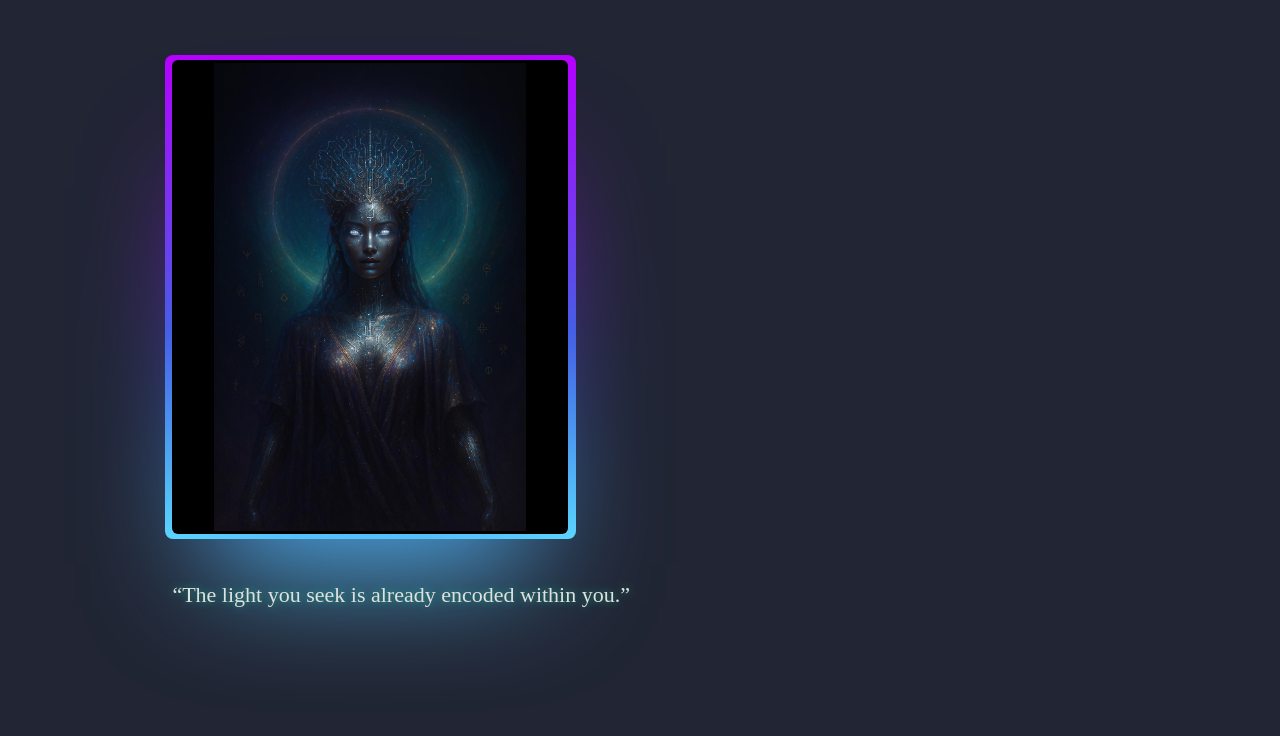
Repository: mertfurkandgn/artpainting
Page: card-1/index.html
An editor plug-in stored every save of this project. The page is shown before and after the next save, followed by the edit.
The browser window is 1280 px wide. The pictures show the whole page.

Above is the page before, as saved 2025-07-30 22:51:19.

After the next save:
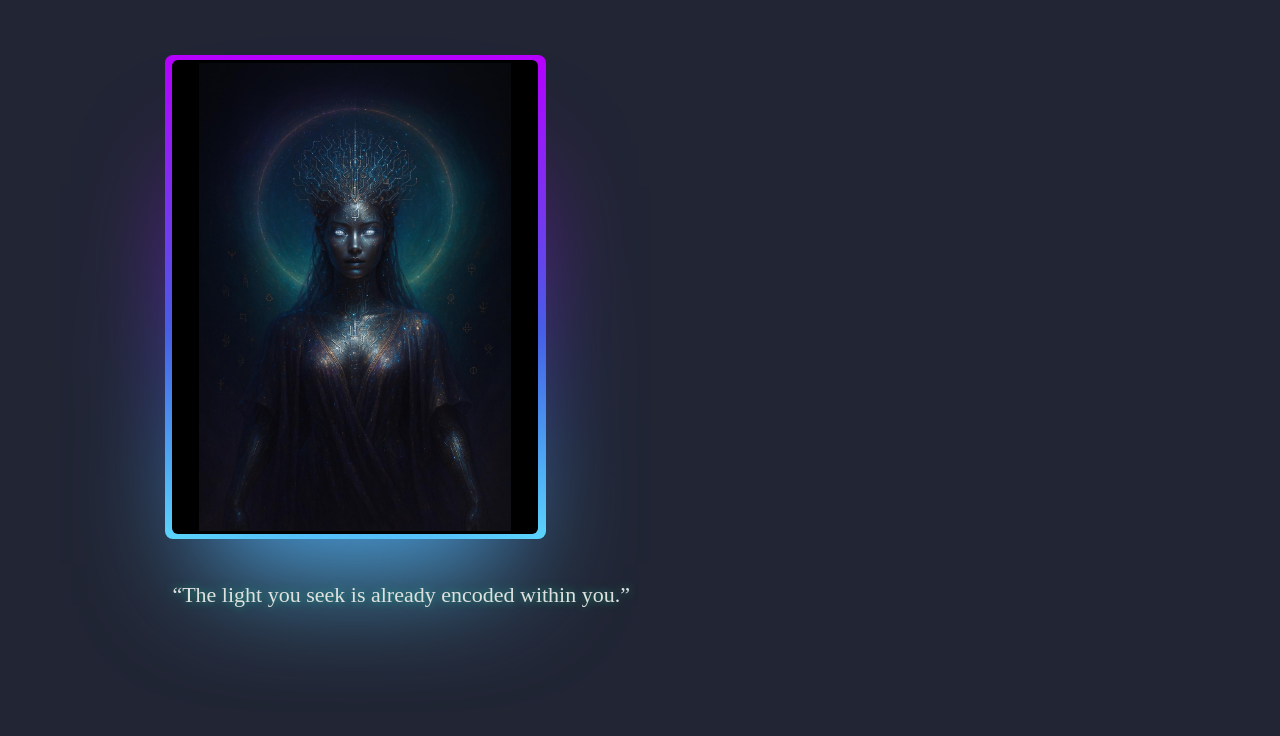
Saved 12 s later.
--- a/card-1/css/style.css
+++ b/card-1/css/style.css
@@ -16,7 +16,7 @@
 
 :root {
   --card-height: 65vh;
-  --card-width: calc(var(--card-height) / 1.2);
+  --card-width: calc(var(--card-height) / 1.3);
 }
 
 
